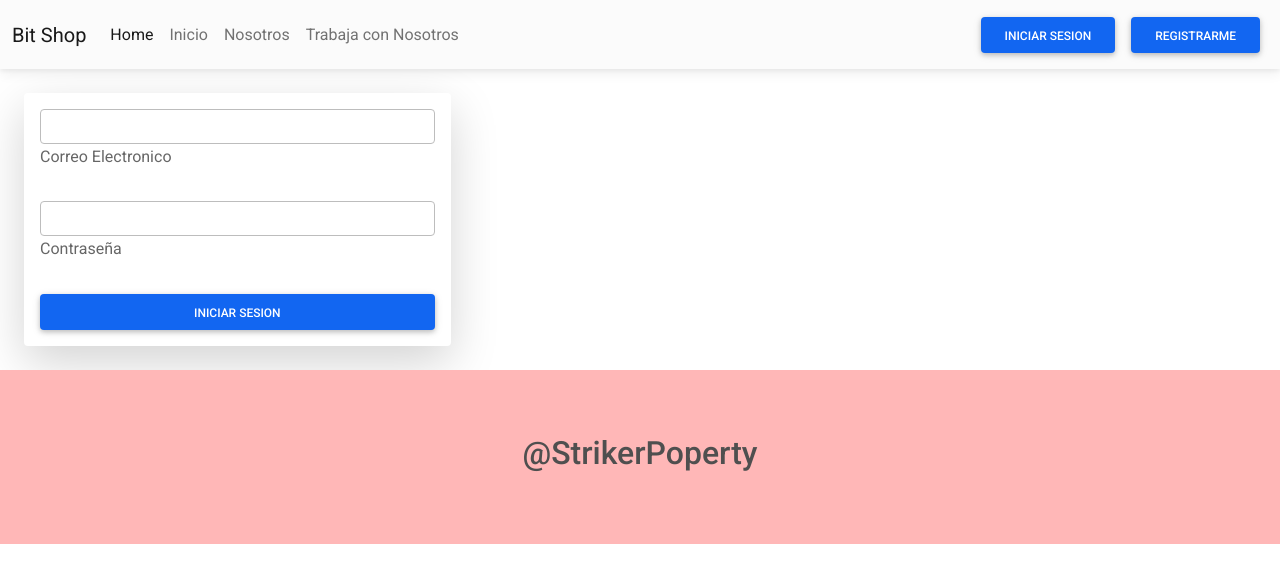
Repository: TzStrikerYT/myClassRoom
Page: /login (app in bit-shop-front/)
These files come from the project's save history. The page is drawn as it stood at one moment and after the next save; the edit follows.
The browser window is 1280 px wide. The pictures show the whole page.
The project was rebuilt for these pictures with package versions that can differ from the ones it lists, and the page was loaded fresh each time. Also part of the build but not shown: bit-shop-front/angular.json, bit-shop-front/src/app/components/home/home.component.ts, bit-shop-front/src/app/components/not-found/not-found.component.ts.

Above is the page before, as saved 2022-02-23 19:02:38.

### bit-shop-front/src/index.html
<!DOCTYPE html>
<html lang="en">
  <head>
    <meta charset="utf-8" />
    <title>BitShopFront</title>
    <base href="/" />
    <meta name="viewport" content="width=device-width, initial-scale=1" />
    <link rel="icon" type="image/x-icon" href="favicon.ico" />

    <!-- Font Awesome -->
    <link
      href="https://cdnjs.cloudflare.com/ajax/libs/font-awesome/5.15.1/css/all.min.css"
      rel="stylesheet"
    />
    <!-- Google Fonts -->
    <link
      href="https://fonts.googleapis.com/css?family=Roboto:300,400,500,700&display=swap"
      rel="stylesheet"
    />
    <!-- MDB -->
    <link
      href="https://cdnjs.cloudflare.com/ajax/libs/mdb-ui-kit/3.10.2/mdb.min.css"
      rel="stylesheet"
    />
  </head>
  <body>
    <app-root></app-root>

    <!-- MDB -->
    <script
      type="text/javascript"
      src="https://cdnjs.cloudflare.com/ajax/libs/mdb-ui-kit/3.10.2/mdb.min.js"
    ></script>
  </body>
</html>

### bit-shop-front/src/styles.css
/* You can add global styles to this file, and also import other style files */
.bg-pink {
    background: #ffb7b7;
}

.bg-yellow {
    background: #ffd665;
}

.card-size {
    width: 12rem;
}

### bit-shop-front/src/app/app.module.ts
import { NgModule } from '@angular/core';
import { BrowserModule } from '@angular/platform-browser';

import { AppRoutingModule } from './app-routing.module';
import { AppComponent } from './app.component';
import { LoginComponent } from './components/login/login.component';
import { HomeComponent } from './components/home/home.component';
import { NotFoundComponent } from './components/not-found/not-found.component';
import { FooterComponent } from './components/footer/footer.component';
import { BrowserAnimationsModule } from '@angular/platform-browser/animations';

@NgModule({
  declarations: [
    AppComponent,
    LoginComponent,
    HomeComponent,
    NotFoundComponent,
    FooterComponent,
  ],
  imports: [
    BrowserModule,
    AppRoutingModule,
  ],
  providers: [],
  bootstrap: [AppComponent]
})
export class AppModule { }

### bit-shop-front/src/app/app-routing.module.ts
import { NgModule } from '@angular/core';
import { RouterModule, Routes } from '@angular/router';
import { HomeComponent } from './components/home/home.component';
import { LoginComponent } from './components/login/login.component';
import { NotFoundComponent } from './components/not-found/not-found.component';

// enrutamiento de componentes
const routes: Routes = [
  { path: 'login', component: LoginComponent},
  { path: 'home', component: HomeComponent},
  { path: '', redirectTo: '/home', pathMatch: 'full' },
  { path: '**', component: NotFoundComponent}
];

@NgModule({
  imports: [RouterModule.forRoot(routes)],
  exports: [RouterModule],
})
export class AppRoutingModule {}

### bit-shop-front/src/app/app.component.ts
import { Component, OnInit } from '@angular/core';

@Component({
  selector: 'app-root',
  templateUrl: './app.component.html',
  styleUrls: ['./app.component.css']
})
export class AppComponent {
  title = 'bit-shop-front';
  token = false
}

### bit-shop-front/src/app/components/login/login.component.ts
import { Component, OnInit } from '@angular/core';

@Component({
  selector: 'app-login',
  templateUrl: './login.component.html',
  styleUrls: ['./login.component.css']
})
export class LoginComponent implements OnInit {

  constructor() { }

  ngOnInit(): void {

  }
}

### bit-shop-front/src/app/app.component.html
<!-- Nav Bar -->
<nav class="navbar navbar-expand-lg navbar-light bg-light">
  <div class="container-fluid">
    <a class="navbar-brand" href="#">Bit Shop</a>
    <button
      class="navbar-toggler"
      type="button"
      data-mdb-toggle="collapse"
      data-mdb-target="#navbarNavAltMarkup"
      aria-controls="navbarNavAltMarkup"
      aria-expanded="false"
      aria-label="Toggle navigation"
    >
      <i class="fas fa-bars"></i>
    </button>
    <div class="collapse navbar-collapse" id="navbarNavAltMarkup">
      <div class="navbar-nav">
        <a class="nav-link active" aria-current="page" href="#">Home</a>
        <a class="nav-link" href="#">Inicio</a>
        <a class="nav-link" href="#">Nosotros</a>
        <a class="nav-link" href="#">Trabaja con Nosotros</a>
      </div>

      <div class="navbar-nav ms-auto" *ngIf="!token; else elseTag">
        <a class="m-2 btn btn-primary" href="#">Iniciar Sesion</a>
        <a class="m-2 btn btn-primary" href="#">Registrarme</a>
      </div>

      <ng-template #elseTag>
        <div class="navbar-nav ms-auto">
          <a class="m-2 btn btn-primary" href="#">Usuario</a>

        </div>
      </ng-template>
    </div>
  </div>
</nav>
<router-outlet></router-outlet>
<app-footer></app-footer>

### bit-shop-front/src/app/components/login/login.component.html
<section>

    <div class="col-md-4 m-4 p-3 shadow-lg rounded">
        <form>
            <!-- Email input -->
            <div class="mb-4">
              <input type="email" id="form1Example1" class="form-control" />
              <label class="form-label" for="form1Example1">Correo Electronico</label>
            </div>

            <!-- Password input -->
            <div class="mb-4">
              <input type="password" id="form1Example2" class="form-control" />
              <label class="form-label" for="form1Example2">Contraseña</label>
            </div>

            <!-- Submit button -->
            <button type="submit" class="btn btn-primary btn-block">Iniciar Sesion</button>
          </form>
    </div>

</section>

### bit-shop-front/src/app/components/footer/footer.component.html
<div class="bg-pink p-5">
    <h2 class="p-3 text-center">@StrikerPoperty</h2>
</div>

Loaded but not shown: bit-shop-front/src/main.ts (common file); bit-shop-front/src/environments/environment.ts (common file); bit-shop-front/src/app/components/footer/footer.component.ts (common file); bit-shop-front/src/app/components/footer/footer.component.css (no stored copy; drawn as an empty file); bit-shop-front/src/app/components/login/login.component.css (no stored copy; drawn as an empty file); bit-shop-front/src/app/app.component.css (no stored copy; drawn as an empty file)

After the next save:
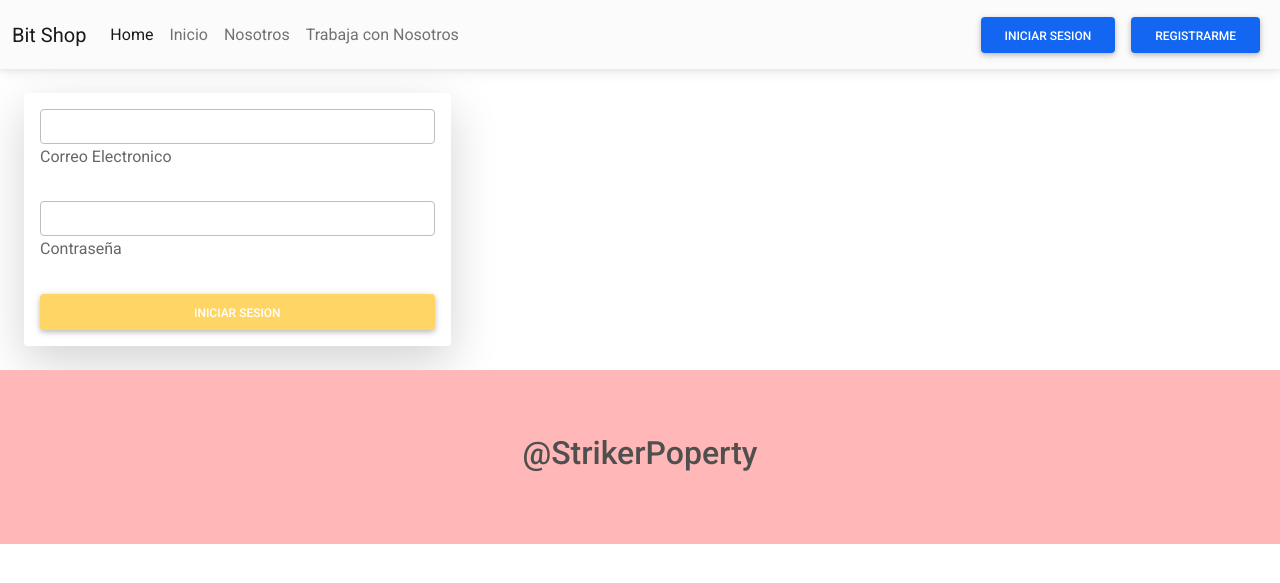
Saved 61 s later.
--- a/bit-shop-front/src/app/components/login/login.component.html
+++ b/bit-shop-front/src/app/components/login/login.component.html
@@ -15,7 +15,7 @@
             </div>
 
             <!-- Submit button -->
-            <button type="submit" class="btn btn-primary btn-block">Iniciar Sesion</button>
+            <button type="submit" class="btn bg-yellow text-white btn-block">Iniciar Sesion</button>
           </form>
     </div>
 
